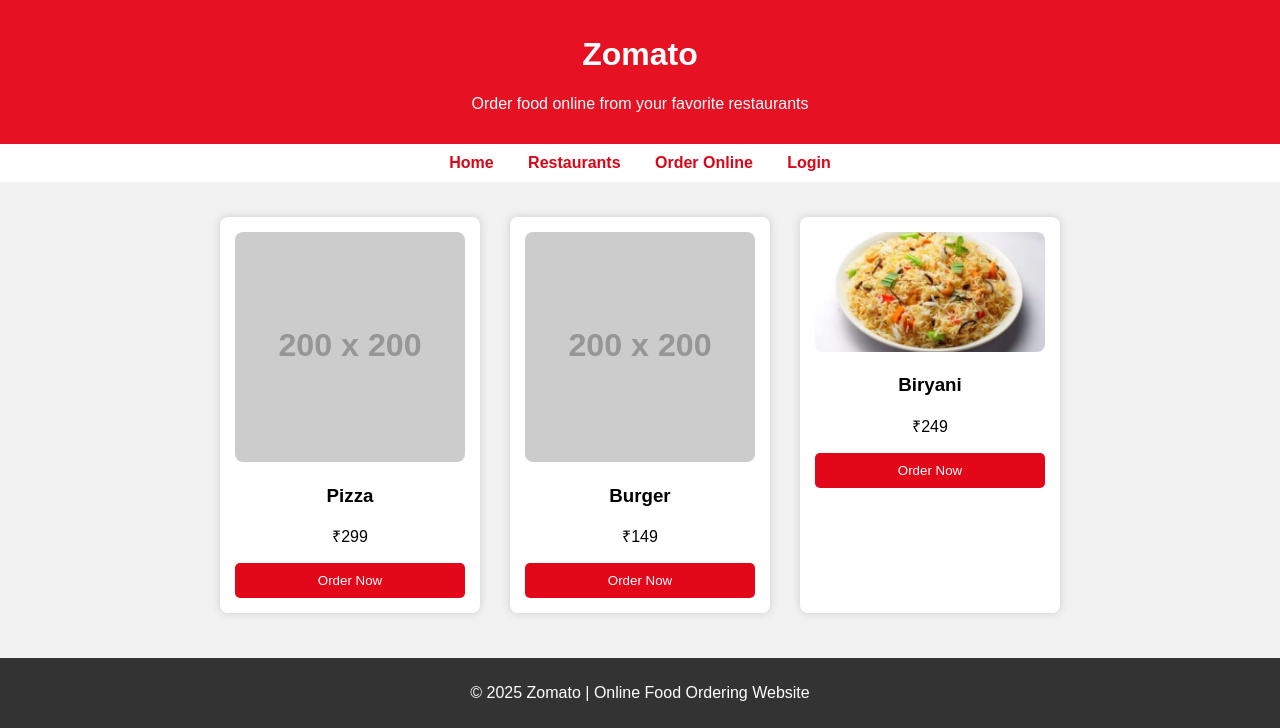
Repository: Glory998/ELCE1-32
Page: zomatoproject.html
These files come from the project's save history. The page is drawn as it stood at one moment and after the next save; the edit follows.
The browser window is 1280 px wide. The pictures show the whole page.

Above is the page before, as saved 2025-12-16 02:37:26.

After the next save:
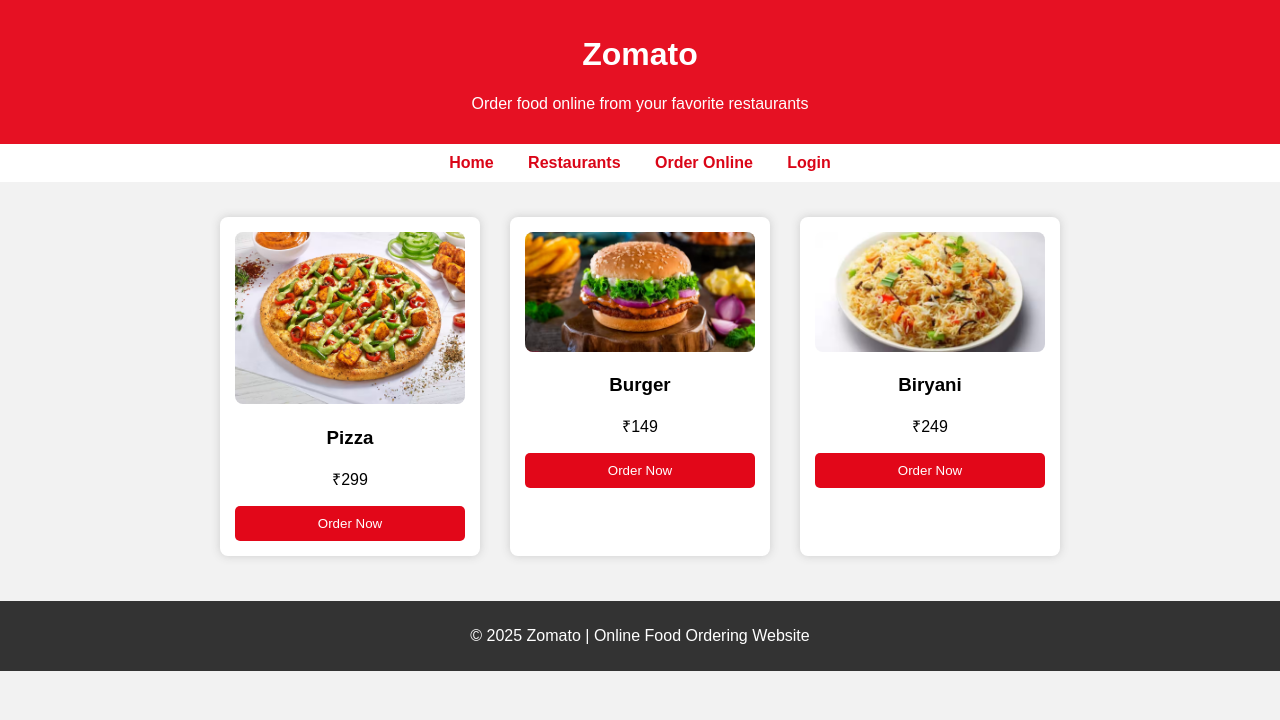
Saved 55 s later.
--- a/zomatoproject.html
+++ b/zomatoproject.html
@@ -96,14 +96,14 @@
     <div class="container">
 
         <div class="food-card">
-            <img src="https://via.placeholder.com/200">
+            <img src="pizza image.avif">
             <h3>Pizza</h3>
             <p>₹299</p>
             <button>Order Now</button>
         </div>
 
         <div class="food-card">
-            <img src="https://via.placeholder.com/200">
+            <img src="burger image.avif">
             <h3>Burger</h3>
             <p>₹149</p>
             <button>Order Now</button>
